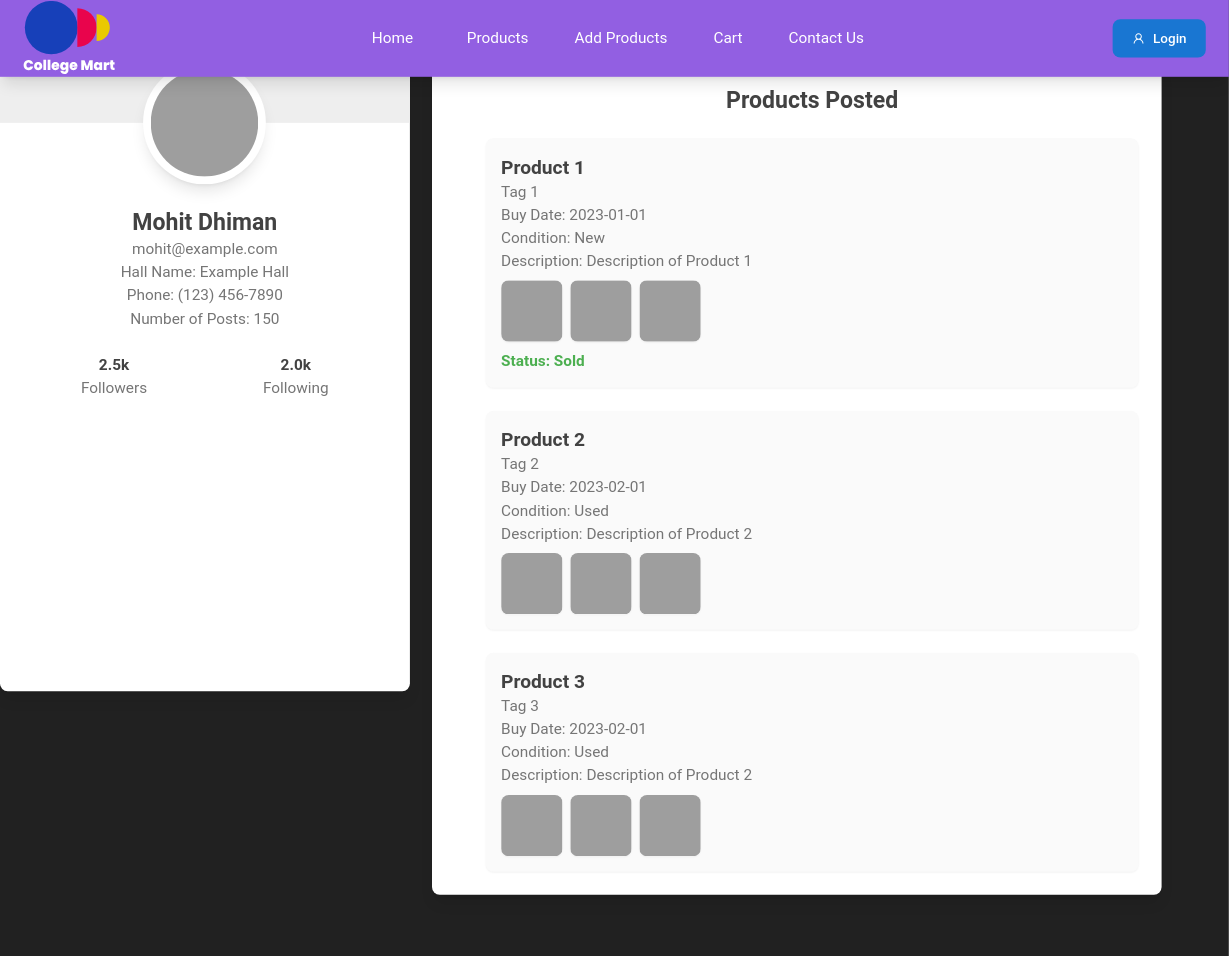
Repository: kumar1397/College-Mart
Page: /home/profile
An editor plug-in stored every save of this project. The page is shown before and after the next save, followed by the edit.
The browser window is 1280 px wide. The pictures show the whole page, at 96% of full size.
Pictures or frames that could not be fetched are drawn as grey boxes. Some web fonts or font styles are not loaded; a fallback is used. Some web libraries are served in a nearby version. The project was rebuilt for these pictures with package versions that can differ from the ones it lists, and the page was loaded fresh each time. Also part of the build but not shown: src/components/forgetPassword/forgetpassword.jsx, src/components/Auth.js, src/components/hero/Heronavbar.jsx, src/components/hero/footer.jsx, src/components/hero/Carousel.jsx, src/components/hero/Hero.jsx, src/components/new-home-page/header.jsx, src/components/new-home-page/footer_cont.jsx and 12 more.

Above is the page before, as saved 2024-07-15 15:45:36.

### public/index.html
<!DOCTYPE html>
<html lang="en">
  <head>
    <meta charset="utf-8" />
    <!-- <link rel="icon" href="%PUBLIC_URL%/favicon.ico" /> -->
    <meta name="viewport" content="width=device-width, initial-scale=1" />
    <meta name="theme-color" content="#000000" />

    <meta
      name="description"
      content="Web site created using create-react-app"
    />
    <link rel="preconnect" href="https://fonts.googleapis.com" />
    <link rel="preconnect" href="https://fonts.gstatic.com" crossorigin />
    <link
      href="https://fonts.googleapis.com/css2?family=Playwrite+GB+S:ital,wght@0,100..400;1,100..400&display=swap"
      rel="stylesheet"
    />
    <link rel="preconnect" href="https://fonts.googleapis.com" />
    <link rel="preconnect" href="https://fonts.gstatic.com" crossorigin />
    <link
      href="https://fonts.googleapis.com/css2?family=Archivo:ital,wght@0,100..900;1,100..900&family=Exo+2:ital,wght@0,600;1,600&display=swap"
      rel="stylesheet"
    />
    <link rel="preconnect" href="https://fonts.googleapis.com" />
    <link rel="preconnect" href="https://fonts.gstatic.com" crossorigin />
    <link
      href="https://fonts.googleapis.com/css2?family=Archivo:ital,wght@0,100..900;1,100..900&family=Exo+2:ital,wght@0,600;1,600&family=Montserrat+Alternates:ital,wght@0,100;0,200;0,300;0,400;0,500;0,600;0,700;0,800;0,900;1,100;1,200;1,300;1,400;1,500;1,600;1,700;1,800;1,900&display=swap"
      rel="stylesheet"
    />
    <link
      rel="stylesheet"
      type="text/css"
      charset="UTF-8"
      href="https://cdnjs.cloudflare.com/ajax/libs/slick-carousel/1.6.0/slick.min.css"
    />
    <link
      rel="stylesheet"
      type="text/css"
      href="https://cdnjs.cloudflare.com/ajax/libs/slick-carousel/1.6.0/slick-theme.min.css"
    />
    <!-- <link rel="apple-touch-icon" href="%PUBLIC_URL%/logo192.png" /> -->
    <!-- <link rel="manifest" href="%PUBLIC_URL%/manifest.json" /> -->
    <title>College Mart</title>
  </head>

  <body>
    <noscript>You need to enable JavaScript to run this app.</noscript>
    <div id="root"></div>
  </body>
</html>

### src/index.js
import React from 'react';
import ReactDOM from 'react-dom/client';
import './index.css';
import App from './App';
import reportWebVitals from './reportWebVitals';
// import { BrowserRouter } from 'react-router-dom';

import { ThemeProvider } from "@material-tailwind/react";

const root = ReactDOM.createRoot(document.getElementById('root'));
root.render(

    <React.StrictMode>
      <ThemeProvider>
      <App />
      </ThemeProvider>
    </React.StrictMode>

);

// If you want to start measuring performance in your app, pass a function
// to log results (for example: reportWebVitals(console.log))
// or send to an analytics endpoint. Learn more: https://bit.ly/CRA-vitals
reportWebVitals();

### src/index.css
@tailwind base;
@tailwind components;
@tailwind utilities;


.bgblackAuth {
  background: url('/public/Frame2.svg');
}

.bgcolorAuth {
  background: url('/public/colorbg.svg ')
}

.hnavbg {
  background: url('/public/hnavbg.svg');
  background-size: 100%;
}

.herohomebg {
  background: url('/public/homebg.svg') no-repeat;
  background-size: 100%;
}

@import url('https://fonts.googleapis.com/css2?family=Roboto:wght@400;500;700&display=swap');


.playwrite {
  font-family: "Playwrite GB S", cursive;
  font-optical-sizing: auto;
  font-weight: 400;
  font-style: normal;
}

.exo {
  font-family: "Exo 2", sans-serif;
  font-optical-sizing: auto;
  font-weight: 600;
  font-style: normal;
}

.mont {
  font-family: "Montserrat Alternates", sans-serif;
  font-weight: 300;
  font-style: normal;
}

### src/App.js
import Auth from "./components/Auth";
import Hero from "./components/hero/Hero";
import Home02 from "./components/new-home-page/parent";
import { AuthProvider } from "./contexts/AuthContext";
import ContactUs from "./components/contact-us/contact";
import { Route, Routes, BrowserRouter as Router } from "react-router-dom";
import ProductFormCard from "./components/product/newProduct";
import Profile from "./components/profile/profile";
import ResetPassword from "./components/forgetPassword/resetpassword";
import ForgotPassword from "./components/forgetPassword/forgetpassword";

function App() {
  return (
    <div>
      <Router>
        <AuthProvider>
          <Routes>
            <Route exact path="/" element={<Hero />} />
            <Route path="/auth" element={<Auth />} />
            <Route path="/home" element={<Home02 />} />
            <Route path="/home/profile" element={<Profile />} />
            <Route path="/home/form" element={<ProductFormCard />} />
            <Route path="/contactus" element={<ContactUs />} />
            <Route path="/forgot_password" element={<ForgotPassword/>} />
            <Route path="/reset/:token" element={< ResetPassword/>} />
          </Routes>
        </AuthProvider>
      </Router>
    </div>
  );
}

export default App;

### src/contexts/AuthContext.js
import React, { createContext, useState, useEffect } from "react";
import { useNavigate } from "react-router-dom";

const AuthContext = createContext();

export const AuthProvider = ({ children }) => {
  const [user, setUser] = useState(null);
  const navigate = useNavigate();

  useEffect(() => {
    const token = localStorage.getItem("token");
    const storedUser = JSON.parse(localStorage.getItem("user"));

    if (token && storedUser) {
      setUser(storedUser);
    } else {
      // navigate("");
    }
  }, [navigate]);

  const login = (userData, token) => {
    localStorage.setItem("token", token);
    localStorage.setItem("user", JSON.stringify(userData));
    setUser(userData);
    navigate("/home");
  };

  const logout = () => {
    localStorage.removeItem("token");
    localStorage.removeItem("user");
    setUser(null);
    navigate("/auth");
  };

  return (
    <AuthContext.Provider value={{ user, login, logout }}>
      {children}
    </AuthContext.Provider>
  );
};

export default AuthContext;

### src/components/profile/profile.jsx
import React from "react";
import ProductComponent  from "./UserProfile";
import { FontAwesomeIcon } from '@fortawesome/react-fontawesome';
import { faPhone, faEnvelope } from '@fortawesome/free-solid-svg-icons';
import Navbar from "../new-home-page/navbar";
const products = [
    {
        id: 1,
        name: "Product 1",
        tag: "Tag 1",
        buyDate: "2023-01-01",
        condition: "New",
        description: "Description of Product 1",
        images: ["/logo192.png", "/shoes01.webp","/ycle.webp"]
    },
    {
        id: 2,
        name: "Product 2",
        tag: "Tag 2",
        buyDate: "2023-02-01",
        condition: "Used",
        description: "Description of Product 2",
        images: ["/logo192.png", "/shoes01.webp","/ycle.webp"]
    },
    {
        id: 3,
        name: "Product 3",
        tag: "Tag 3",
        buyDate: "2023-02-01",
        condition: "Used",
        description: "Description of Product 2",
        images: ["/logo192.png", "/shoes01.webp","/ycle.webp"]
    }

];
export default function Profile() {
    return (
        <>
            <Navbar />
            <div className="bg-gray-900 min-h-screen flex">
                <div className="container mx-auto my-16 flex">
                    <div className="lg:w-1/3 bg-white rounded-lg shadow-lg overflow-hidden h-full fixed top-0 left-0">
                        <div className="h-32 bg-gray-200"></div>
                        <div className="flex justify-center -mt-16">
                            <img className="h-32 w-32 bg-white p-2 rounded-full shadow-lg" src="https://images.unsplash.com/photo-1535713875002-d1d0cf377fde?ixid=MnwxMjA3fDB8MHxwaG90by1wYWdlfHx8fGVufDB8fHx8&ixlib=rb-1.2.1&auto=format&fit=crop&w=2000&q=80" alt="Profile" />
                        </div>
                        <div className="p-6 text-center">
                            <h2 className="text-2xl font-semibold text-gray-800">Mohit Dhiman</h2>
                            <p className="text-gray-600">mohit@example.com</p>
                            <p className="text-gray-600">Hall Name: Example Hall</p>
                            <p className="text-gray-600">Phone: (123) 456-7890</p>
                            <p className="text-gray-600">Number of Posts: 150</p>
                            <div className="mt-6 flex justify-around">
                                <div className="text-center">
                                    <p className="font-semibold text-gray-800">2.5k</p>
                                    <p className="text-gray-600">Followers</p>
                                </div>
                                <div className="text-center">
                                    <p className="font-semibold text-gray-800">2.0k</p>
                                    <p className="text-gray-600">Following</p>
                                </div>
                            </div>
                        </div>
                    </div>

                    <div className="lg:ml-1/3 w-full bg-white rounded-lg shadow-lg overflow-y-auto h-full pl-8" style={{ marginLeft: "33.3333%" }}>
                        <div className="p-6">
                            <h2 className="text-2xl font-semibold text-gray-800 text-center">Products Posted</h2>
                            <div className="mt-6 space-y-6">
                                {products.map((product, index) => (
                                    <div key={product.id} className="p-4 bg-gray-50 rounded-lg shadow-sm">
                                        <h3 className="text-xl font-bold text-gray-800">{product.name}</h3>
                                        <p className="text-gray-600">{product.tag}</p>
                                        <p className="text-gray-600">Buy Date: {product.buyDate}</p>
                                        <p className="text-gray-600">Condition: {product.condition}</p>
                                        <p className="text-gray-600">Description: {product.description}</p>
                                        <div className="mt-2 flex space-x-2">
                                            {product.images.map((image, imgIndex) => (
                                                <img key={imgIndex} src={image} alt={`Product ${product.id}`} className="w-16 h-16 rounded-lg shadow-sm" />
                                            ))}
                                        </div>
                                        {index === 0 && <p className="mt-2 text-green-500 font-semibold">Status: Sold</p>}
                                    </div>
                                ))}
                            </div>
                        </div>
                    </div>
                </div>
            </div>
        </>


    )
}

### src/components/new-home-page/navbar.jsx
import React, { useState, useContext } from "react";
import { Link } from "react-router-dom";
import {
  AiOutlineClose,
  AiOutlineMenu,
  AiOutlineUser,
  AiOutlineLogout,
} from "react-icons/ai";
import AuthContext from "../../contexts/AuthContext";
import Logo from "./logo.svg"
const Navbar = () => {
  const { user, logout } = useContext(AuthContext);
  const [nav, setNav] = useState(false);
  const [isDropdownOpen, setIsDropdownOpen] = useState(false);

  const navItems = [
    { id: 1, text: "Home", path: "/" },
    { id: 2, text: "Products", path: "/products" },
    { id: 3, text: "Add Products", path: "/add-products" },
    { id: 4, text: "Cart", path: "/cart" },
    { id: 4, text: "Contact Us", path: "/contactus" },
  ];

  const handleNav = () => setNav(!nav);
  const toggleDropdown = () => setIsDropdownOpen(!isDropdownOpen);

  return (
    <div className="bg-[#925FE2] shadow-lg flex justify-between z-20 items-center h-20 w-full px-6 text-white fixed">
      <div className="flex items-center space-x-2">
        <div className=" w-24 max-w-24"><img src={Logo} alt="" /></div>
      </div>

      <ul className="hidden md:flex space-x-4">
        {navItems.map((item) => (
          <li
            key={item.id}
            className="p-4 hover:bg-white rounded-xl m-2 cursor-pointer duration-300 hover:text-black"
          >
            <Link to={item.path}>{item.text}</Link>
          </li>
        ))}
      </ul>

      <div className="block md:hidden" onClick={handleNav}>
        {nav ? <AiOutlineClose size={20} /> : <AiOutlineMenu size={20} />}
      </div>

      <ul
        className={`fixed top-0 left-0 w-[60%] h-full border-r border-r-gray-900 bg-[#000300] ease-in-out duration-500 ${
          nav ? "left-0" : "left-[-100%]"
        } md:hidden`}
      >
        <h1 className="w-full text-3xl font-bold text-[#00df9a] m-4">REACT.</h1>
        {navItems.map((item) => (
          <li
            key={item.id}
            className="p-4 border-b rounded-xl hover:bg-[#00df9a] duration-300 hover:text-black cursor-pointer border-gray-600"
          >
            <Link to={item.path}>{item.text}</Link>
          </li>
        ))}
      </ul>

      <div className="relative flex items-center space-x-4">
        {user ? (
          <>
            <button
              id="dropdownDefaultButton"
              onClick={toggleDropdown}
              className="flex items-center text-white bg-blue-700 hover:bg-blue-800 focus:ring-4 focus:outline-none focus:ring-blue-300 font-medium rounded-lg text-sm px-5 py-2.5 dark:bg-blue-600 dark:hover:bg-blue-700 dark:focus:ring-blue-800"
              type="button"
            >
              <AiOutlineUser className="w-6 h-6 mr-2" />
              <span>{user.name}</span>
              <svg
                className="w-2.5 h-2.5 ml-2"
                aria-hidden="true"
                xmlns="http://www.w3.org/2000/svg"
                fill="none"
                viewBox="0 0 10 6"
              >
                <path
                  stroke="currentColor"
                  strokeLinecap="round"
                  strokeLinejoin="round"
                  strokeWidth="2"
                  d="m1 1 4 4 4-4"
                />
              </svg>
            </button>
            {isDropdownOpen && (
              <div
                id="dropdown"
                className="absolute top-full mt-2 z-10 bg-white divide-y divide-gray-100 w-44 rounded-lg shadow dark:bg-gray-700"
              >
                <ul className="py-2 text-sm text-gray-700 dark:text-gray-200">
                  <li>
                    <Link
                      to="/home/profile"
                      className=" px-4 py-2 hover:bg-gray-100 dark:hover:bg-gray-600 dark:hover:text-white w-full text-left flex items-center"
                    >
                      <AiOutlineUser className="mr-2" />
                      Profile
                    </Link>
                  </li>
                  <li>
                    <button
                      className=" px-4 py-2 hover:bg-gray-100 dark:hover:bg-gray-600 dark:hover:text-white w-full text-left flex items-center"
                      onClick={logout}
                    >
                      <AiOutlineLogout className="mr-2" />
                      Logout
                    </button>
                  </li>
                </ul>
              </div>
            )}
          </>
        ) : (
          <Link
            to="/login"
            className="flex items-center px-5 py-2.5 bg-blue-700 hover:bg-blue-800 focus:ring-4 focus:outline-none focus:ring-blue-300 text-sm font-medium rounded-lg dark:bg-blue-600 dark:hover:bg-blue-700 dark:focus:ring-blue-800"
          >
            <AiOutlineUser className="mr-2" />
            Login
          </Link>
        )}
      </div>
    </div>
  );
};

export default Navbar;

### tailwind.config.js
/** @type {import('tailwindcss').Config} */

// const withMT = require("@material-tailwind/react/utils/withMT");

// const config={
//   content: [
//     "./src/**/*.{js,jsx,ts,tsx}",
//   ],
//   theme: {
//     extend: {},
//   },
//   plugins: [],
// }

// module.exports = withMT(config);

const withMT = require("@material-tailwind/react/utils/withMT");

module.exports = withMT({
  content: ["./src/**/*.{js,jsx,ts,tsx}"],
  theme: {
    extend: {
      keyframes: {
        gradient: {
          '0%': { backgroundPosition: '0% 50%' },
          '50%': { backgroundPosition: '100% 50%' },
          '100%': { backgroundPosition: '0% 50%' },
        },
      },
      animation: {
        'gradient-bg': 'gradient 15s ease infinite',
      },
      backgroundImage: {
        'gradient-radial': 'radial-gradient(circle, var(--tw-gradient-stops))',
        'gradient-linear': 'linear-gradient(270deg, #ff9a9e, #fad0c4, #fad0c4, #ff9a9e)',
      },
    },
  },
  plugins: [],
});

Loaded but not shown: src/reportWebVitals.js (common file)

After the next save:
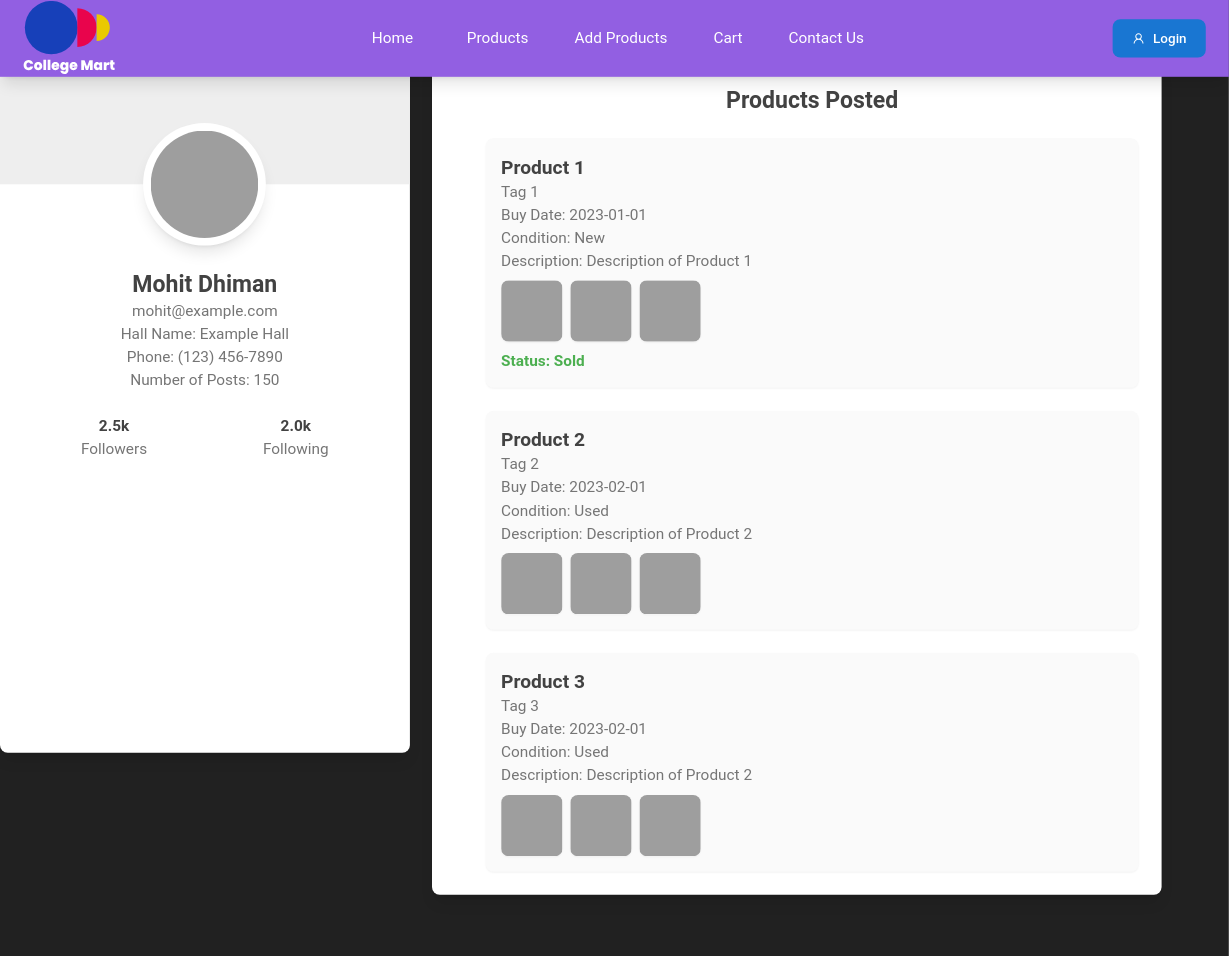
Saved 94 s later.
--- a/src/components/profile/profile.jsx
+++ b/src/components/profile/profile.jsx
@@ -39,7 +39,7 @@
             <Navbar />
             <div className="bg-gray-900 min-h-screen flex">
                 <div className="container mx-auto my-16 flex">
-                    <div className="lg:w-1/3 bg-white rounded-lg shadow-lg overflow-hidden h-full fixed top-0 left-0">
+                    <div className="lg:w-1/3 bg-white rounded-lg shadow-lg overflow-hidden h-full fixed top-50 left-0">
                         <div className="h-32 bg-gray-200"></div>
                         <div className="flex justify-center -mt-16">
                             <img className="h-32 w-32 bg-white p-2 rounded-full shadow-lg" src="https://images.unsplash.com/photo-1535713875002-d1d0cf377fde?ixid=MnwxMjA3fDB8MHxwaG90by1wYWdlfHx8fGVufDB8fHx8&ixlib=rb-1.2.1&auto=format&fit=crop&w=2000&q=80" alt="Profile" />

After the save that followed:
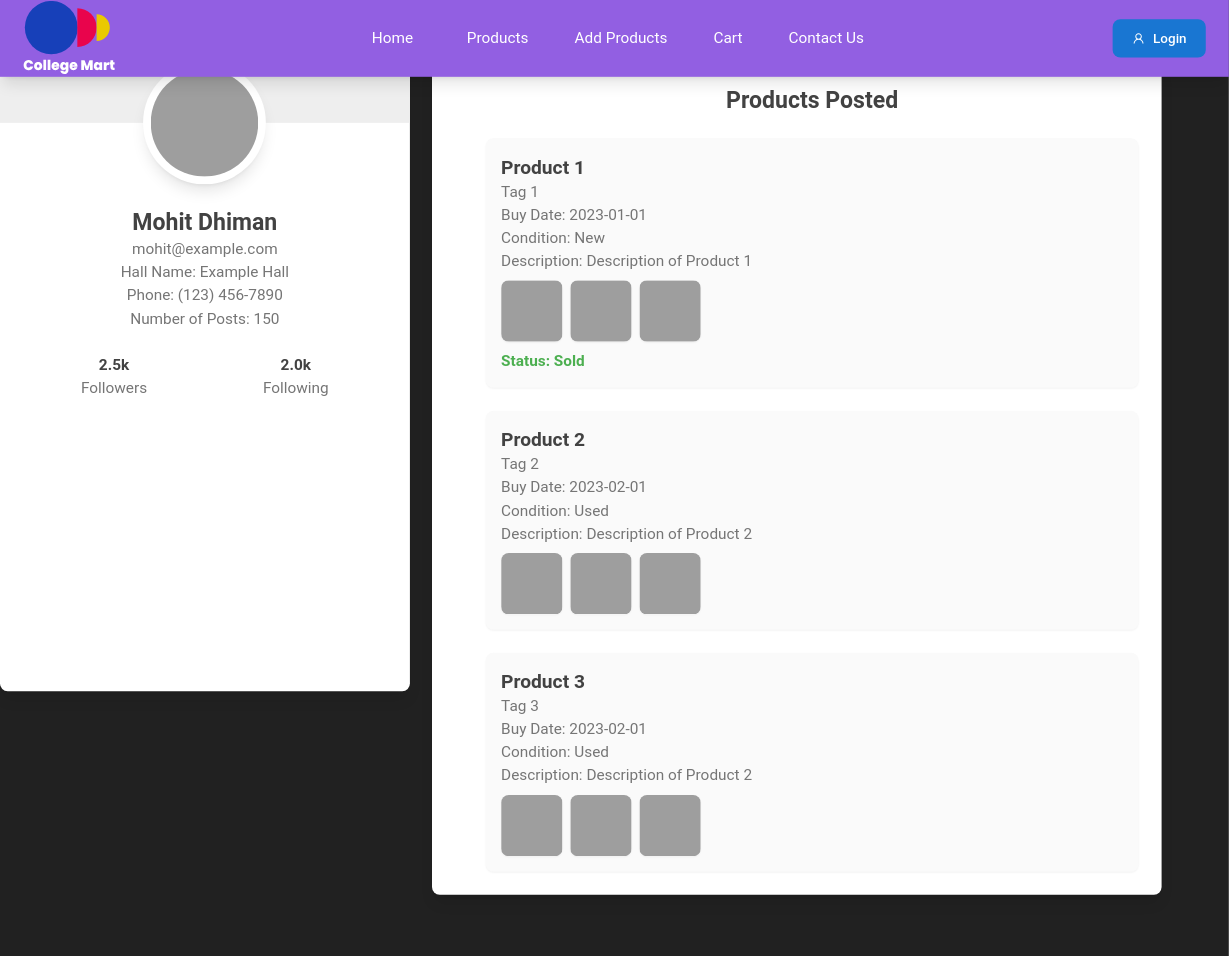
Saved 25 s later.
--- a/src/components/profile/profile.jsx
+++ b/src/components/profile/profile.jsx
@@ -39,7 +39,7 @@
             <Navbar />
             <div className="bg-gray-900 min-h-screen flex">
                 <div className="container mx-auto my-16 flex">
-                    <div className="lg:w-1/3 bg-white rounded-lg shadow-lg overflow-hidden h-full fixed top-50 left-0">
+                    <div className="lg:w-1/3 bg-white rounded-lg shadow-lg overflow-hidden h-full fixed top-0 left-0">
                         <div className="h-32 bg-gray-200"></div>
                         <div className="flex justify-center -mt-16">
                             <img className="h-32 w-32 bg-white p-2 rounded-full shadow-lg" src="https://images.unsplash.com/photo-1535713875002-d1d0cf377fde?ixid=MnwxMjA3fDB8MHxwaG90by1wYWdlfHx8fGVufDB8fHx8&ixlib=rb-1.2.1&auto=format&fit=crop&w=2000&q=80" alt="Profile" />
